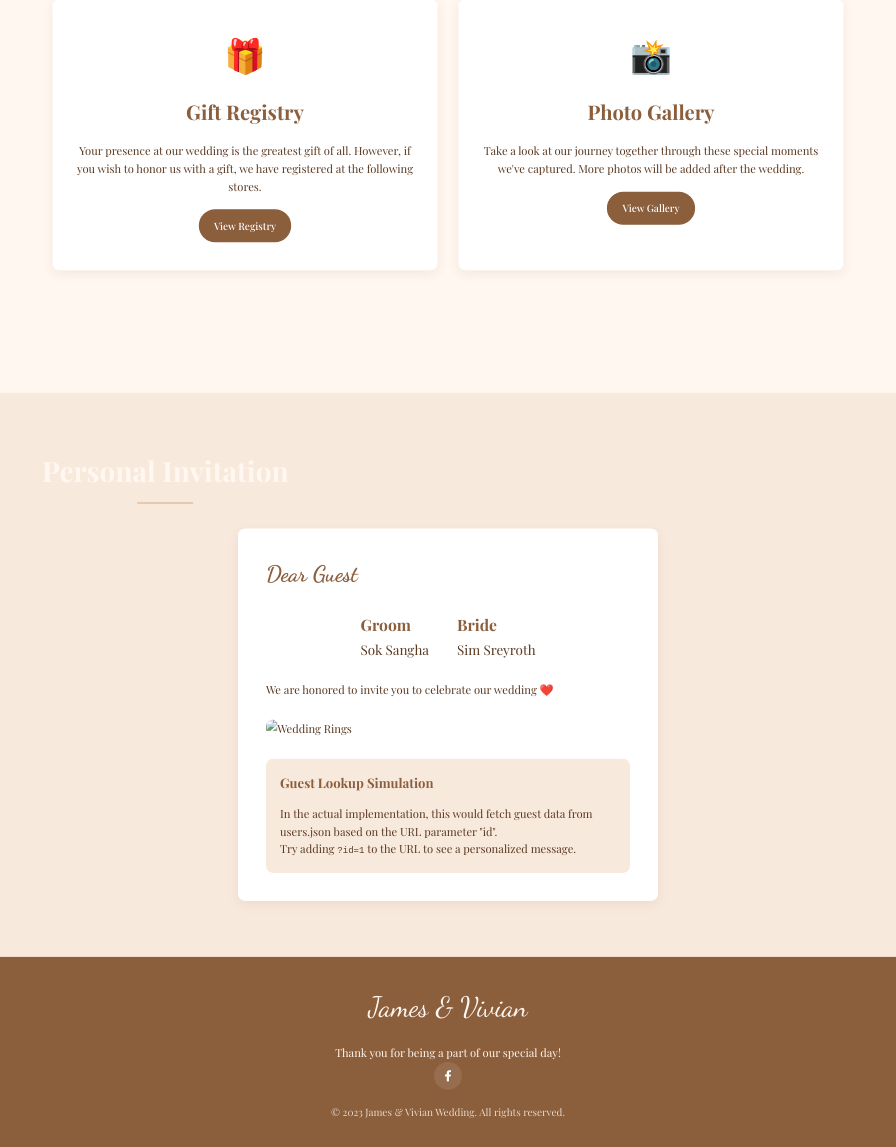
Repository: Kimrith/weeding
Page: index.html
These files come from the project's save history. The page is drawn as it stood at one moment and after the next save; the edit follows.
The browser window is 1280 px wide. The pictures show the part of the page from y = 1660 to 3580 px (the page is 3299 px tall before and 3580 px after), at 70% of full size.
Some web fonts or font styles are not loaded; a fallback is used.

Above is the page before, as saved 2026-02-02 01:40:23.
Console error: ReferenceError: guestName is not defined

### index.html
<!doctype html>
<html lang="en">
  <head>
    <meta charset="UTF-8" />
    <meta name="viewport" content="width=device-width, initial-scale=1.0" />
    <title>James & Vivian - Wedding Invitation</title>
    <link
      rel="stylesheet"
      href="https://cdnjs.cloudflare.com/ajax/libs/font-awesome/6.4.0/css/all.min.css"
    />
    <style>
      * {
        margin: 0;
        padding: 0;
        box-sizing: border-box;
      }

      :root {
        --primary-color: #8b5e3c;
        --secondary-color: #f8e9dd;
        --accent-color: #e8c8af;
        --text-color: #5a3921;
        --light-text: #fff7f0;
        --shadow: 0 5px 15px rgba(139, 94, 60, 0.1);
      }

      body {
        font-family: "Playfair Display", serif;
        background-color: var(--light-text);
        color: var(--text-color);
        line-height: 1.6;
        overflow-x: hidden;
      }

      .container {
        max-width: 1200px;
        margin: 0 auto;
        padding: 0 20px;
      }

      /* Header & Navigation */
      header {
        background-color: rgba(255, 247, 240, 0.95);
        position: fixed;
        top: 0;
        left: 0;
        width: 100%;
        z-index: 1000;
        padding: 15px 0;
        box-shadow: var(--shadow);
      }

      .nav-container {
        display: flex;
        justify-content: space-between;
        align-items: center;
      }

      .logo {
        font-family: "Dancing Script", cursive;
        font-size: 28px;
        color: var(--primary-color);
        font-weight: 700;
      }

      .logo span {
        color: #d4a574;
      }

      nav ul {
        display: flex;
        list-style: none;
      }

      nav ul li {
        margin-left: 30px;
      }

      nav ul li a {
        text-decoration: none;
        color: var(--text-color);
        font-weight: 500;
        transition: color 0.3s;
        position: relative;
      }

      nav ul li a:hover {
        color: var(--primary-color);
      }

      nav ul li a::after {
        content: "";
        position: absolute;
        bottom: -5px;
        left: 0;
        width: 0;
        height: 2px;
        background-color: var(--primary-color);
        transition: width 0.3s;
      }

      nav ul li a:hover::after {
        width: 100%;
      }

      /* Hero Section */
      .hero {
        padding: 150px 0 100px;
        text-align: center;
        background:
          linear-gradient(rgba(255, 247, 240, 0.9), rgba(255, 247, 240, 0.9)),
          url("https://images.unsplash.com/photo-1511285560929-80b456fea0bc?ixlib=rb-4.0.3&ixid=M3wxMjA3fDB8MHxwaG90by1wYWdlfHx8fGVufDB8fHx8fA%3D%3D&auto=format&fit=crop&w=2069&q=80");
        background-size: cover;
        background-position: center;
        position: relative;
      }

      .hero h1 {
        font-family: "Dancing Script", cursive;
        font-size: 4.5rem;
        color: var(--primary-color);
        margin-bottom: 10px;
      }

      .hero h2 {
        font-size: 1.8rem;
        font-weight: 400;
        margin-bottom: 30px;
        color: var(--text-color);
      }

      .hero p {
        max-width: 700px;
        margin: 0 auto 40px;
        font-size: 1.1rem;
      }

      .couple-names {
        font-size: 2.5rem;
        color: var(--primary-color);
        margin-bottom: 20px;
        font-family: "Dancing Script", cursive;
      }

      .date-place {
        font-size: 1.5rem;
        margin-bottom: 40px;
        color: var(--text-color);
      }

      .btn {
        display: inline-block;
        background-color: var(--primary-color);
        color: white;
        padding: 12px 30px;
        border-radius: 50px;
        text-decoration: none;
        font-weight: 500;
        transition: all 0.3s;
        border: 2px solid var(--primary-color);
      }

      .btn:hover {
        background-color: transparent;
        color: var(--primary-color);
      }

      /* Main Content */
      .main-content {
        padding: 80px 0;
        text-align: center;
      }

      .section-title {
        font-size: 2.5rem;
        color: var(--primary-color);
        margin-bottom: 50px;
        position: relative;
        display: inline-block;
      }

      .section-title::after {
        content: "";
        position: absolute;
        bottom: -15px;
        left: 50%;
        transform: translateX(-50%);
        width: 80px;
        height: 3px;
        background-color: var(--accent-color);
      }

      /* Invitation Section */
      .invitation-box {
        background-color: white;
        border-radius: 10px;
        padding: 50px;
        box-shadow: var(--shadow);
        max-width: 900px;
        margin: 0 auto 60px;
        text-align: center;
        border: 1px solid var(--accent-color);
      }

      .invitation-box h2 {
        font-size: 2.2rem;
        color: var(--primary-color);
        margin-bottom: 30px;
        font-family: "Dancing Script", cursive;
      }

      .couple-intro {
        display: flex;
        justify-content: center;
        align-items: center;
        margin-bottom: 40px;
        flex-wrap: wrap;
      }

      .person {
        padding: 0 30px;
        text-align: center;
      }

      .person img {
        width: 150px;
        height: 150px;
        border-radius: 50%;
        object-fit: cover;
        border: 5px solid var(--accent-color);
        margin-bottom: 15px;
      }

      .person h3 {
        font-size: 1.5rem;
        color: var(--primary-color);
        margin-bottom: 5px;
      }

      .person p {
        font-style: italic;
        color: #777;
      }

      .heart-icon {
        font-size: 2.5rem;
        color: #e8c8af;
        margin: 0 20px;
      }

      /* Gifts & Photos Section */
      .features {
        display: flex;
        justify-content: space-between;
        flex-wrap: wrap;
        margin-top: 50px;
      }

      .feature-box {
        flex: 1;
        min-width: 300px;
        margin: 15px;
        padding: 40px 30px;
        background-color: white;
        border-radius: 10px;
        box-shadow: var(--shadow);
        transition: transform 0.3s;
      }

      .feature-box:hover {
        transform: translateY(-10px);
      }

      .feature-icon {
        font-size: 3rem;
        color: var(--primary-color);
        margin-bottom: 20px;
      }

      .feature-box h3 {
        font-size: 1.8rem;
        margin-bottom: 20px;
        color: var(--primary-color);
      }

      /* Guest Section */
      .guest-section {
        background-color: var(--secondary-color);
        padding: 80px 0;
        margin-top: 80px;
      }

      .guest-box {
        background-color: white;
        border-radius: 10px;
        padding: 40px;
        max-width: 600px;
        margin: 0 auto;
        box-shadow: var(--shadow);
      }

      #guest {
        font-size: 2rem;
        color: var(--primary-color);
        margin-bottom: 30px;
        font-family: "Dancing Script", cursive;
      }

      .couple-names-guest {
        display: flex;
        justify-content: center;
        margin-bottom: 30px;
      }

      .couple-names-guest p {
        margin: 0 20px;
        font-size: 1.2rem;
        color: var(--text-color);
      }

      .couple-names-guest p span {
        display: block;
        font-weight: bold;
        color: var(--primary-color);
        font-size: 1.4rem;
      }

      /* Footer */
      footer {
        background-color: var(--primary-color);
        color: var(--light-text);
        padding: 40px 0;
        text-align: center;
      }

      .footer-logo {
        font-family: "Dancing Script", cursive;
        font-size: 2.5rem;
        margin-bottom: 20px;
      }

      .social-icons {
        display: flex;
        justify-content: center;
        margin-bottom: 20px;
      }

      .social-icons a {
        display: inline-flex;
        align-items: center;
        justify-content: center;
        width: 40px;
        height: 40px;
        background-color: rgba(255, 255, 255, 0.1);
        border-radius: 50%;
        margin: 0 10px;
        color: white;
        text-decoration: none;
        transition: all 0.3s;
      }

      .social-icons a:hover {
        background-color: var(--accent-color);
        transform: translateY(-5px);
      }

      .copyright {
        margin-top: 20px;
        font-size: 0.9rem;
        opacity: 0.8;
      }

      /* Responsive Design */
      @media (max-width: 768px) {
        .hero h1 {
          font-size: 3.5rem;
        }

        .couple-names {
          font-size: 2rem;
        }

        nav ul li {
          margin-left: 15px;
        }

        .person {
          margin-bottom: 30px;
          width: 100%;
        }

        .heart-icon {
          margin: 20px 0;
          transform: rotate(90deg);
        }

        .couple-intro {
          flex-direction: column;
        }

        .feature-box {
          min-width: 100%;
        }
      }

      @media (max-width: 576px) {
        .hero {
          padding: 120px 0 70px;
        }

        .hero h1 {
          font-size: 2.8rem;
        }

        .nav-container {
          flex-direction: column;
        }

        nav {
          margin-top: 15px;
        }

        nav ul li {
          margin: 0 10px;
        }

        .invitation-box {
          padding: 30px 20px;
        }
      }
    </style>
    <link
      href="https://fonts.googleapis.com/css2?family=Dancing+Script:wght@400;500;600;700&family=Playfair+Display:ital,wght@0,400;0,500;0,600;0,700;1,400&display=swap"
      rel="stylesheet"
    />
  </head>
  <body>
    <!-- Header & Navigation -->
    <header>
      <div class="container nav-container">
        <div class="logo">James<span>&</span>Vivian</div>
        <nav>
          <ul>
            <li><a href="#home">Home</a></li>
            <li><a href="#gifts">Gifts</a></li>
            <li><a href="#photos">Photos</a></li>
            <li><a href="#contact">Contact</a></li>
          </ul>
        </nav>
      </div>
    </header>

    <!-- Hero Section -->
    <section class="hero" id="home">
      <div class="container">
        <h1>Celebrate With Us!</h1>
        <div class="couple-names">James & Vivian</div>
        <div class="date-place">
          October 15, 2023 • The Grand Palace, New York
        </div>
        <p>
          Lorem ipsum dolor sit amet, consectetuer adipiscing elit, sed diam
          nonummy nibh euismod tincidunt ut laoreet dolore magna aliquam erat
          volutpat. Ut wisi enim ad minim veniam.
        </p>
        <a href="#invitation" class="btn">View Invitation</a>
      </div>
    </section>

    <!-- Main Content -->
    <section class="main-content">
      <div class="container">
        <h2 class="section-title">Our Wedding Invitation</h2>

        <div class="invitation-box" id="invitation">
          <h2>We're Getting Married!</h2>
          <div class="couple-intro">
            <div class="person">
              <img
                src="https://images.unsplash.com/photo-1507003211169-0a1dd7228f2d?ixlib=rb-4.0.3&ixid=M3wxMjA3fDB8MHxwaG90by1wYWdlfHx8fGVufDB8fHx8fA%3D%3D&auto=format&fit=crop&w=774&q=80"
                alt="James"
              />
              <h3>James Wilson</h3>
              <p>The Groom</p>
            </div>
            <div class="heart-icon">💖</div>
            <div class="person">
              <img
                src="https://images.unsplash.com/photo-1494790108755-2616b612b786?ixlib=rb-4.0.3&ixid=M3wxMjA3fDB8MHxwaG90by1wYWdlfHx8fGVufDB8fHx8fA%3D%3D&auto=format&fit=crop&w=774&q=80"
                alt="Vivian"
              />
              <h3>Vivian Rose</h3>
              <p>The Bride</p>
            </div>
          </div>
          <p>
            With immense joy and happiness, we invite you to witness and
            celebrate our union as we exchange vows and begin our journey
            together as husband and wife. Your presence will make our day even
            more special.
          </p>
          <p style="margin-top: 20px; font-style: italic">
            Saturday, October 15, 2023 at 4:00 PM<br />The Grand Palace, 123
            Celebration Avenue, New York
          </p>
          <a href="#rsvp" class="btn" style="margin-top: 30px">RSVP Now</a>
        </div>

        <!-- Gifts & Photos Section -->
        <div class="features">
          <div class="feature-box" id="gifts">
            <div class="feature-icon">🎁</div>
            <h3>Gift Registry</h3>
            <p>
              Your presence at our wedding is the greatest gift of all. However,
              if you wish to honor us with a gift, we have registered at the
              following stores.
            </p>
            <a
              href="#"
              class="btn"
              style="margin-top: 20px; padding: 10px 20px; font-size: 0.9rem"
              >View Registry</a
            >
          </div>

          <div class="feature-box" id="photos">
            <div class="feature-icon">📸</div>
            <h3>Photo Gallery</h3>
            <p>
              Take a look at our journey together through these special moments
              we've captured. More photos will be added after the wedding.
            </p>
            <a
              href="#"
              class="btn"
              style="margin-top: 20px; padding: 10px 20px; font-size: 0.9rem"
              >View Gallery</a
            >
          </div>
        </div>
      </div>
    </section>

    <!-- Guest Section -->
    <section class="guest-section" id="rsvp">
      <div class="container">
        <h2 class="section-title" style="color: var(--light-text)">
          Personal Invitation
        </h2>
        <div class="guest-box">
          <h2 id="guest">Loading...</h2>
          <div class="couple-names-guest">
            <p><span>Groom</span>Sok Sangha</p>
            <p><span>Bride</span>Sim Sreyroth</p>
          </div>
          <p>We are honored to invite you to celebrate our wedding ❤️</p>
          <img
            src=""
            alt="Wedding Rings"
            style="
              width: 100%;
              max-height: 300px;
              object-fit: cover;
              border-radius: 10px;
              margin-top: 30px;
            "
          />

          <!-- Simulating the user data fetch from the original code -->
          <div
            style="
              margin-top: 30px;
              padding: 20px;
              background-color: var(--secondary-color);
              border-radius: 10px;
            "
          >
            <h3 style="color: var(--primary-color); margin-bottom: 15px">
              Guest Lookup Simulation
            </h3>
            <p>
              In the actual implementation, this would fetch guest data from
              users.json based on the URL parameter "id".
            </p>
            <p>
              Try adding <code>?id=1</code> to the URL to see a personalized
              message.
            </p>
          </div>
        </div>
      </div>
    </section>

    <!-- Footer -->
    <footer id="contact">
      <div class="container">
        <div class="footer-logo">James & Vivian</div>
        <p>Thank you for being a part of our special day!</p>
        <div class="social-icons">
          <a href="#"><i class="fab fa-facebook-f"></i></a>
        </div>
        <div class="copyright">
          &copy; 2023 James & Vivian Wedding. All rights reserved.
        </div>
      </div>
    </footer>

    <script>
      // Simulating the guest data fetch from the original code
      document.addEventListener("DOMContentLoaded", function () {
        // Sample user data to simulate the JSON file
        const params = new URLSearchParams(window.location.search);
        const id = parseInt(params.get("id"));

        fetch("users.json")
          .then((res) => res.json())
          .then((data) => {
            const guest = data.user.find((u) => u.id === id);

            if (guest) {
              document.getElementById("guest").textContent =
                "Dear " + guest.name;
            } else {
              document.getElementById("guest").textContent = "Dear Guest";
            }
          });

        // Update the guest element
        document.getElementById("guest").textContent = "Dear " + guestName;

        // Add smooth scrolling for navigation links
        document.querySelectorAll('a[href^="#"]').forEach((anchor) => {
          anchor.addEventListener("click", function (e) {
            e.preventDefault();

            const targetId = this.getAttribute("href");
            if (targetId === "#") return;

            const targetElement = document.querySelector(targetId);
            if (targetElement) {
              window.scrollTo({
                top: targetElement.offsetTop - 80,
                behavior: "smooth",
              });
            }
          });
        });

        // Add a simple animation to the hero section
        const heroTitle = document.querySelector(".hero h1");
        if (heroTitle) {
          heroTitle.style.opacity = "0";
          heroTitle.style.transform = "translateY(20px)";

          setTimeout(() => {
            heroTitle.style.transition = "opacity 1s, transform 1s";
            heroTitle.style.opacity = "1";
            heroTitle.style.transform = "translateY(0)";
          }, 300);
        }
      });
    </script>
  </body>
</html>

### users.json
{
  "user": [
    {
      "id": 1,
      "name": "Peter"
    },
    {
      "id": 2,
      "name": "Rith"
    },
    {
      "id": 3,
      "name": "Ra"
    },
    {
      "id": 4,
      "name": "Roth"
    },
    {
      "id": 5,
      "name": "Lay"
    },
    {
      "id": 6,
      "name": "Ry"
    }
  ]
}

After the next save:
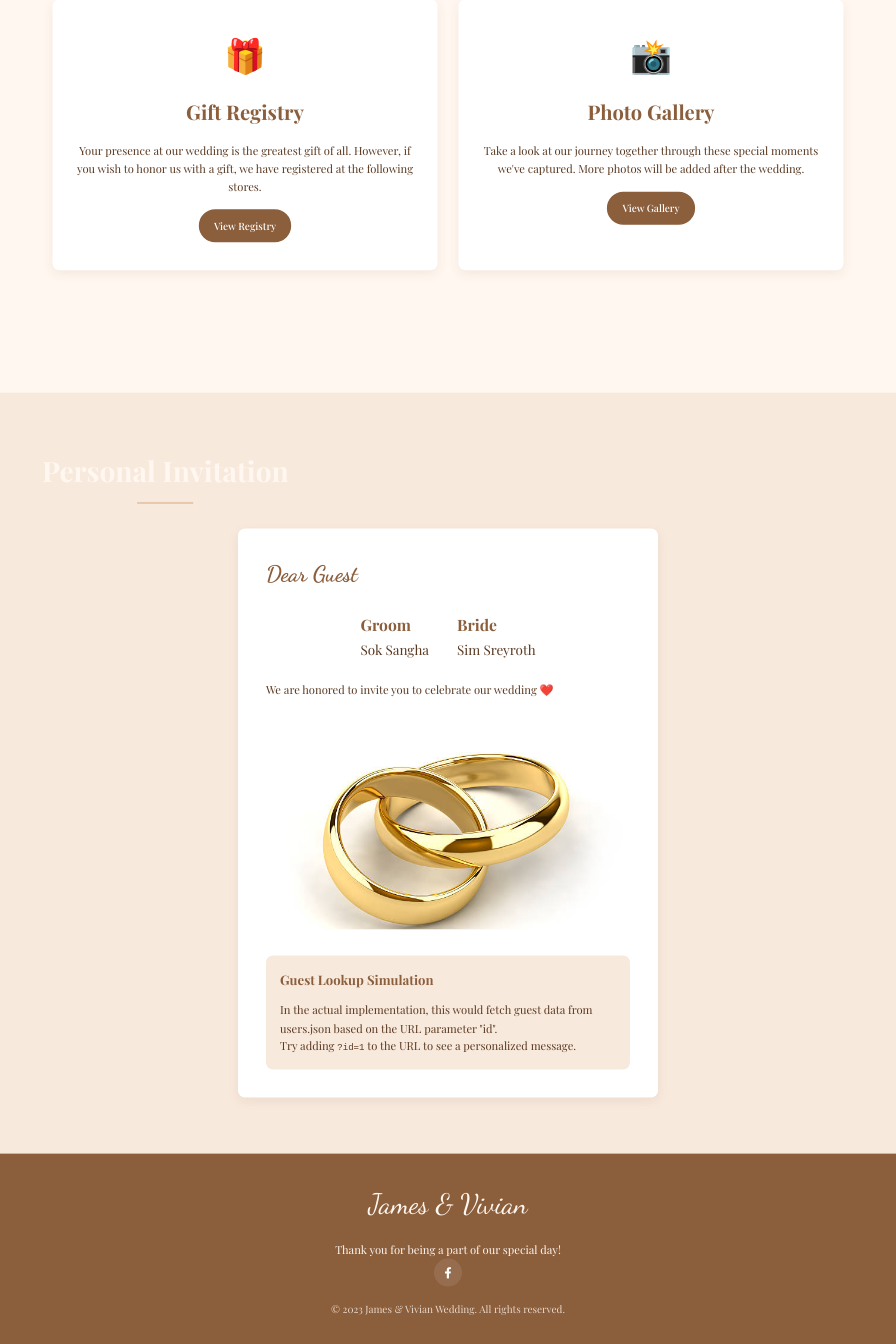
Saved 14 s later.
--- a/index.html
+++ b/index.html
@@ -556,7 +556,7 @@
           </div>
           <p>We are honored to invite you to celebrate our wedding ❤️</p>
           <img
-            src=""
+            src="./img/image.png"
             alt="Wedding Rings"
             style="
               width: 100%;
